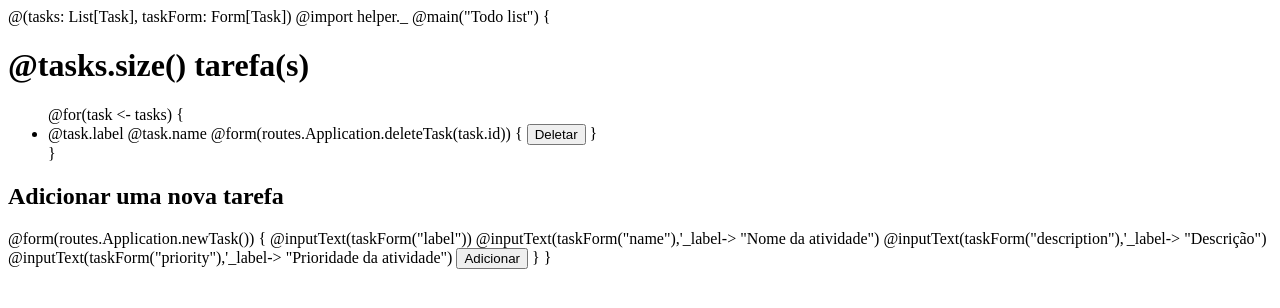
Repository: analuizamtg/si1
Page: lab2/todolist/.target/views/index.scala.html
An editor plug-in stored every save of this project. The page is shown before and after the next save, followed by the edit.
The browser window is 1280 px wide. The pictures show the whole page.

Above is the page before, as saved 2013-11-25 16:52:32.

### lab2/todolist/.target/views/index.scala.html
@(tasks: List[Task], taskForm: Form[Task])

@import helper._

@main("Todo list") {

    <h1>@tasks.size() tarefa(s)</h1>

    <ul>
        @for(task <- tasks) {
            <li>
                @task.label
                @task.name


                @form(routes.Application.deleteTask(task.id)) {
                    <input type="submit" value="Deletar">
                }
            </li>
        }
    </ul>

    <h2>Adicionar uma nova tarefa</h2>

    @form(routes.Application.newTask()) {

        @inputText(taskForm("label"))
        @inputText(taskForm("name"),'_label-> "Nome da atividade")
        @inputText(taskForm("description"),'_label-> "Descrição")
        @inputText(taskForm("priority"),'_label-> "Prioridade da atividade")

        <input type="submit" value="Adicionar">

    }

}

After the next save:
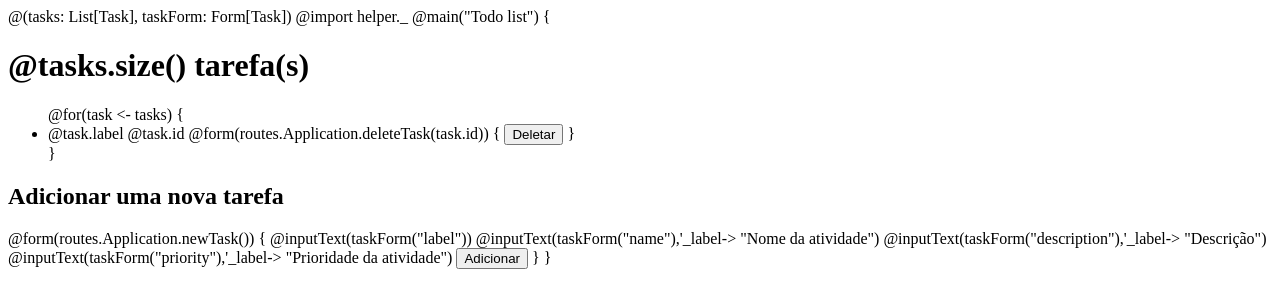
Saved 8 s later.
--- a/lab2/todolist/.target/views/index.scala.html
+++ b/lab2/todolist/.target/views/index.scala.html
@@ -10,7 +10,7 @@
         @for(task <- tasks) {
             <li>
                 @task.label
-                @task.name
+                @task.id
 
 
                 @form(routes.Application.deleteTask(task.id)) {
